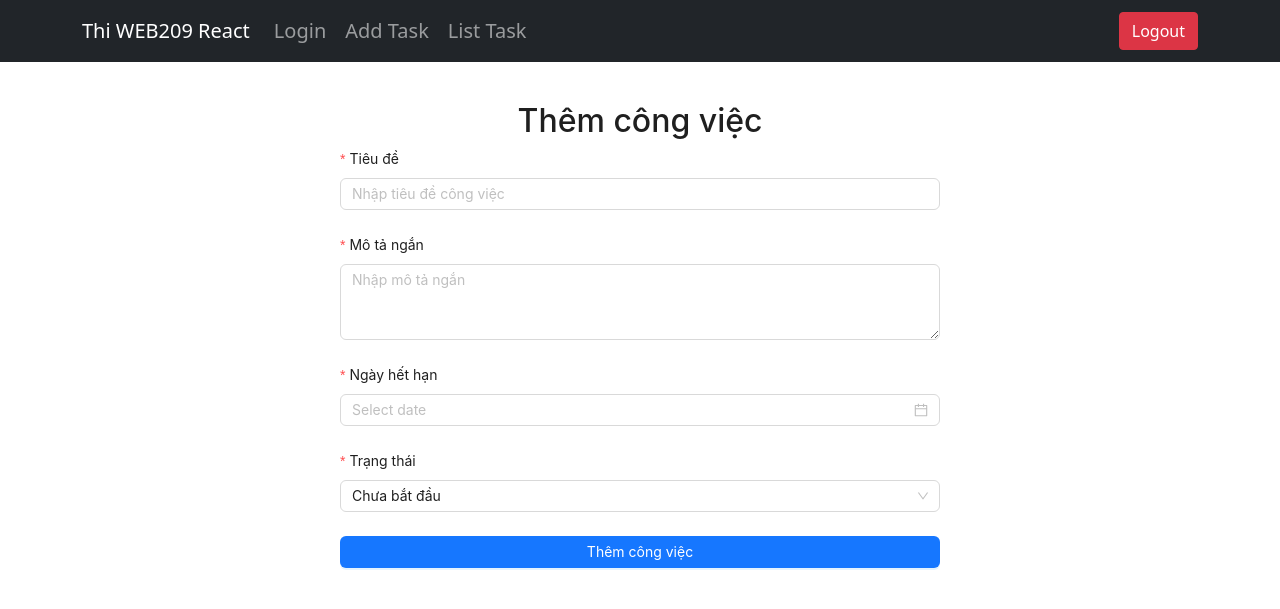
Repository: Lemon-ooo/PersonalTaskManager
Page: /tasks/add
These files come from the project's save history. The page is drawn as it stood at one moment and after the next save; the edit follows.
The browser window is 1280 px wide. The pictures show the whole page.
The project was rebuilt for these pictures with package versions that can differ from the ones it lists, and the page was loaded fresh each time. Also part of the build but not shown: vite.config.ts, src/page/TaskList.tsx, src/components/AuthForm.tsx, src/hooks/useAuth.ts, src/page/Login.tsx, src/page/TaskEdit.tsx.

Above is the page before, as saved 2025-07-26 20:15:30.

After the next save:
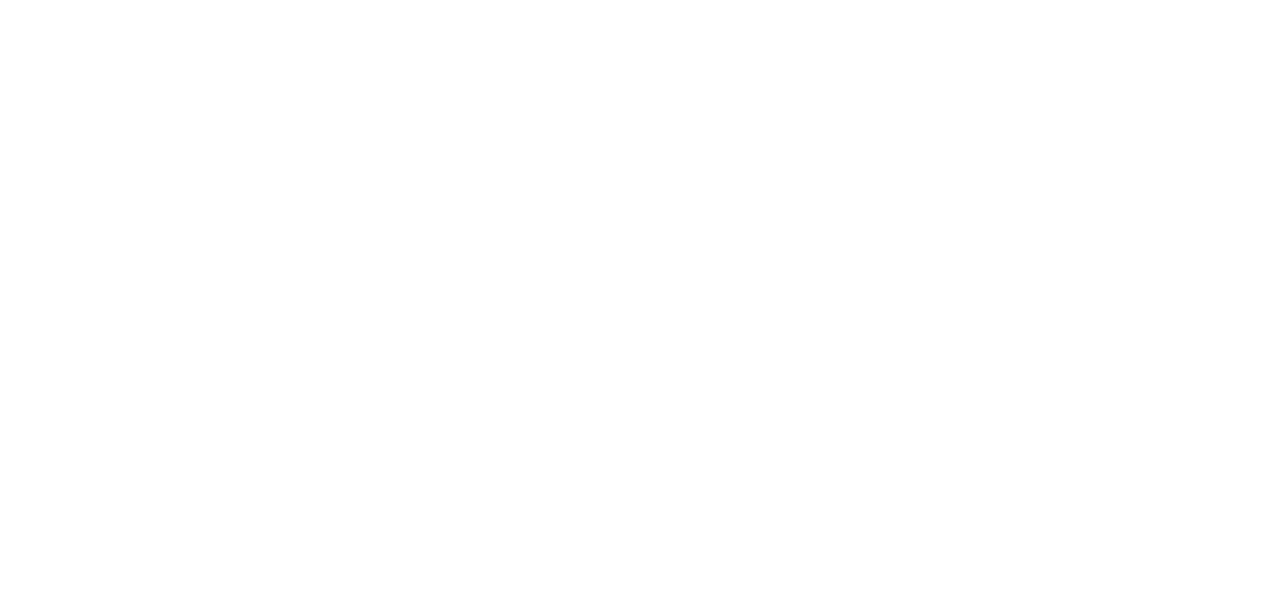
Console error: ReferenceError: useEffect is not defined
Saved 69 s later.
--- a/src/components/TaskForm.tsx
+++ b/src/components/TaskForm.tsx
@@ -22,6 +22,11 @@
 export default function TaskForm({ onSubmit }: Props) {
   const [form] = Form.useForm();
   const { handleGetDetail, tasks } = useTask();
+  useEffect(() => {
+    if (initialValues) {
+      form.setFieldsValue(initialValues);
+    }
+  }, [initialValues]);
   const handleFinish = (values: any) => {
     const task: Task = {
       ...values,

After the save that followed:
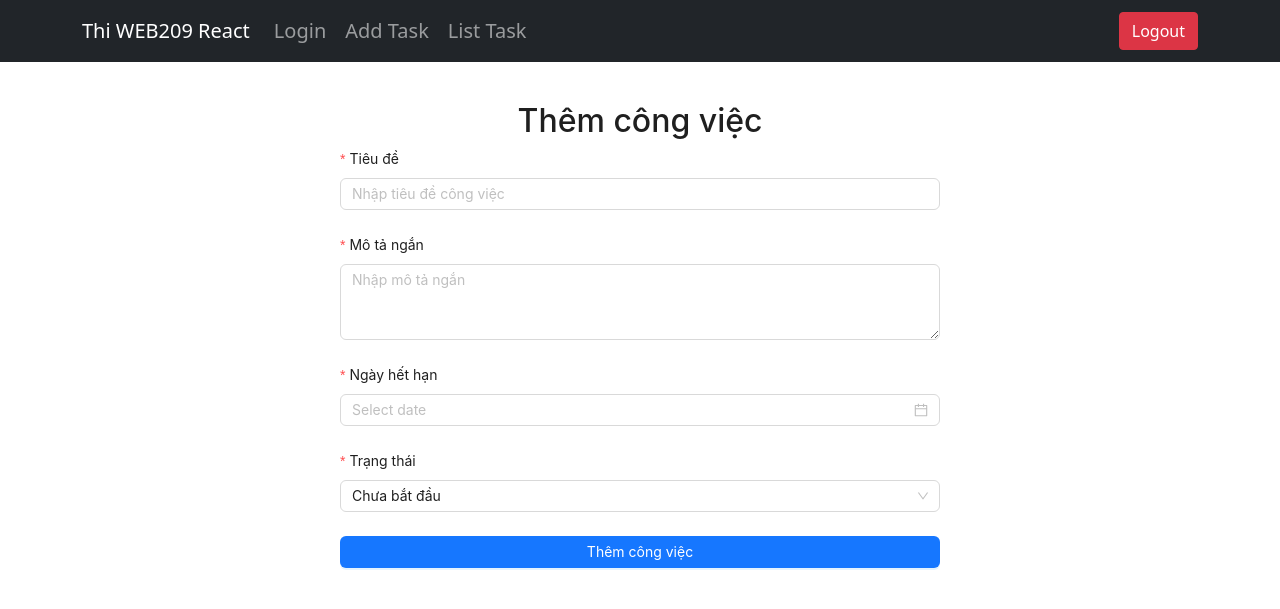
The error is gone.
Saved 31 s later.
--- a/src/components/TaskForm.tsx
+++ b/src/components/TaskForm.tsx
@@ -1,4 +1,4 @@
-import React from "react";
+import React, { useEffect } from "react";
 import { Form, Input, DatePicker, Select, Button } from "antd";
 import dayjs from "dayjs";
 import type { Task } from "../services/task"; // Import Task đúng
@@ -19,7 +19,7 @@
   initialValues?: any;
 };
 
-export default function TaskForm({ onSubmit }: Props) {
+export default function TaskForm({ onSubmit, initialValues }: Props) {
   const [form] = Form.useForm();
   const { handleGetDetail, tasks } = useTask();
   useEffect(() => {
